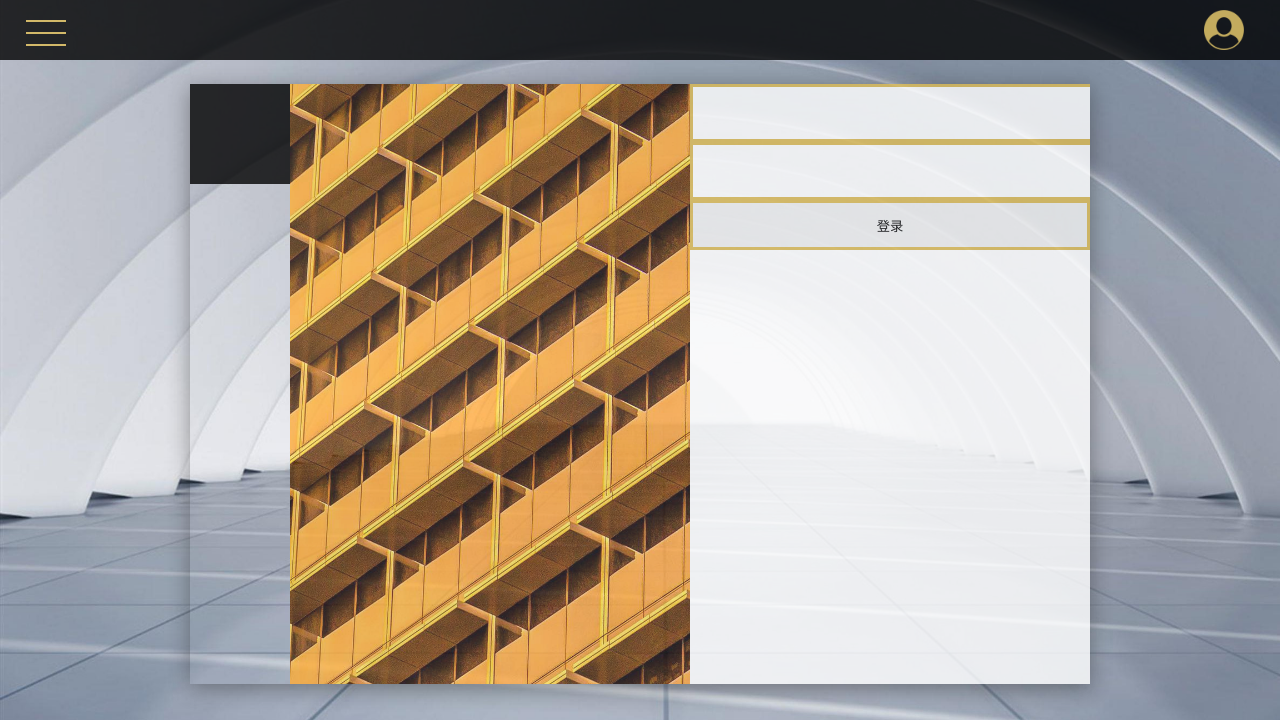
Repository: ustc-hzy/ziYang
Page: login.html
The author's editor kept a copy of each file at every save. The page is drawn from the files as they stood at one save, then again after the next save.
The browser window is 1280 px wide. The pictures show the whole page.

Above is the page before, as saved 2020-06-19 13:19:47.

After the next save:
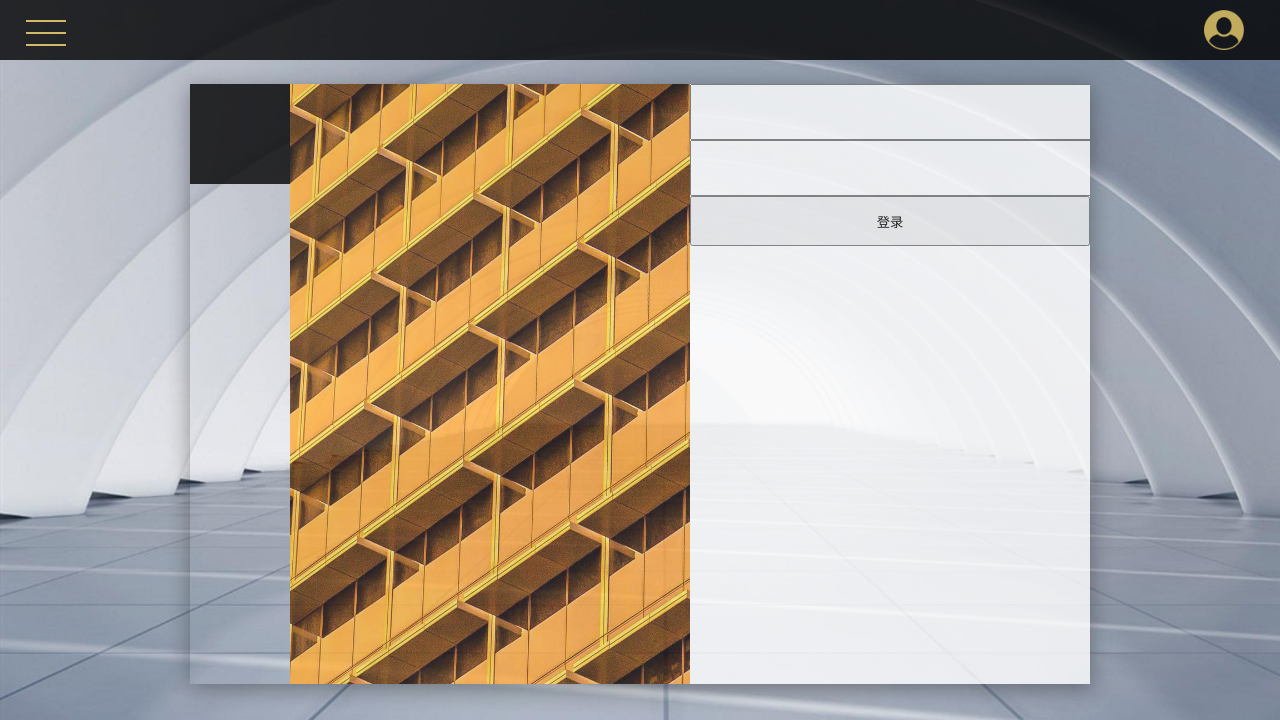
Saved 5 s later.
--- a/css/login.css
+++ b/css/login.css
@@ -73,5 +73,5 @@ body {
 .login-card input{
     width: 100%;
     height: 50px;
-    border: 3px solid #dbba53;
+    /* border: 3px solid #dbba53; */
 }
